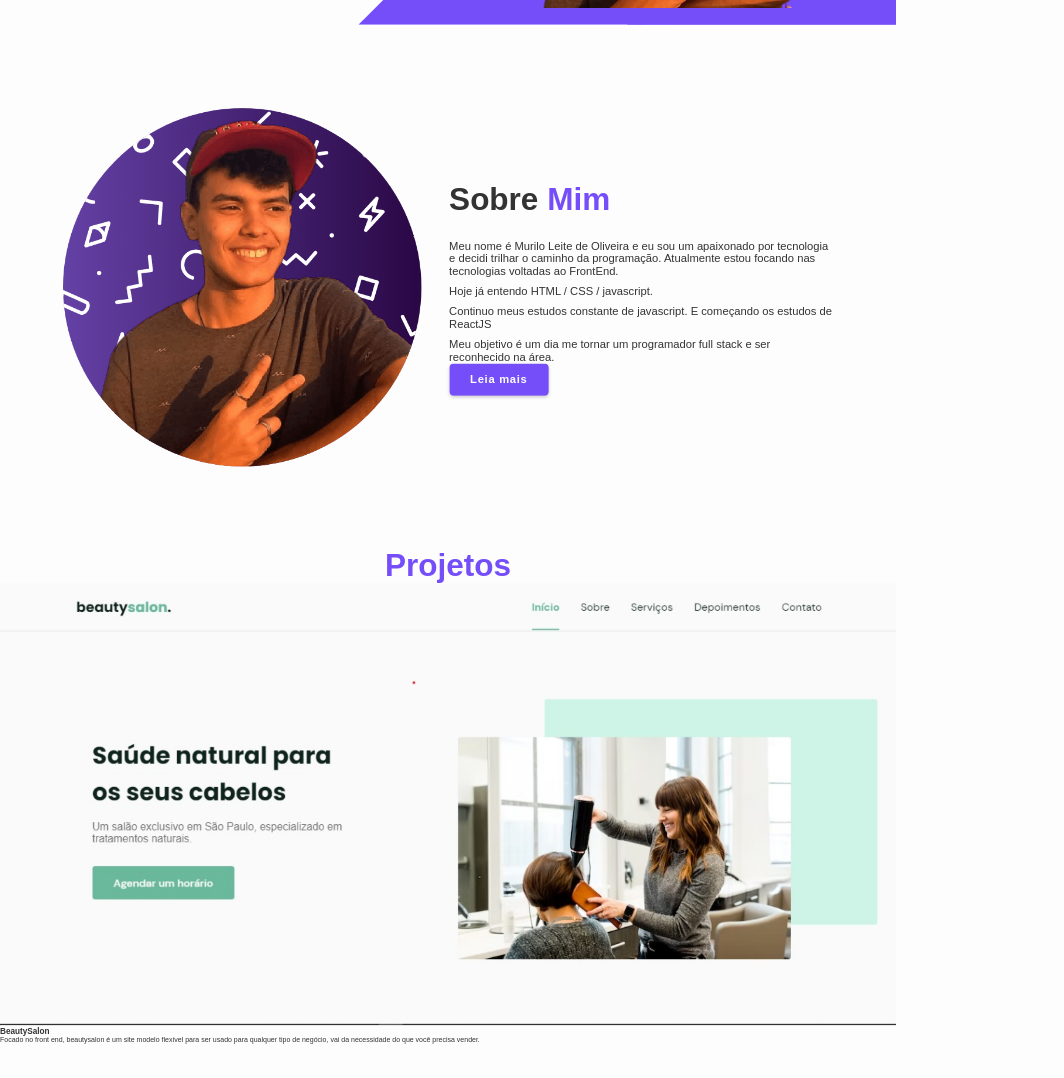
Repository: devMuriloOliveira/Portfolio-
Page: index.html
An editor plug-in stored every save of this project. The page is shown before and after the next save, followed by the edit.
The browser window is 1280 px wide. The page is 1280 px wide, then 1520 px, so the pictures cover 1520 px, including what lies to the right of the window. The pictures show the part of the page from y = 709 to 2349 px (the page is 2249 px tall before and 2349 px after), at 70% of full size.

Above is the page before, as saved 2023-03-12 17:31:53.

### index.html
<!DOCTYPE html>
<html lang="en">
  <head>
    <meta charset="UTF-8" />
    <meta http-equiv="X-UA-Compatible" content="IE=edge" />
    <meta name="viewport" content="width=device-width, initial-scale=1.0" />
    <title>Murilo Oliveira</title>

    <!--box icons-->
    <link
      href="https://unpkg.com/boxicons@2.1.4/css/boxicons.min.css"
      rel="stylesheet"
    />

    <!--font-->
    <link
      rel="stylesheet"
      href="https://fonts.googleapis.com/css2?family=Material+Symbols+Outlined:opsz,wght,FILL,GRAD@20..48,100..700,0..1,-50..200"
    />

    <!--css-->
    <link rel="stylesheet" href="style.css" />
  </head>
  <body>
    <header class="header">
      <a class="logo" href="#">Murilo<span>Oliveira</span>.</a>

      <nav class="navbar">
        <a href="#inicio" class="active">Início</a>
        <a href="#sobre">Sobre</a>
        <a href="#projetos">Projetos</a>
        <a href="#contato">Contato</a>
      </nav>

      <div class="bx bx bx-moon" id="darkMode-icon"></div>
    </header>

    <!------------inicio------------>

    <section class="inicio" id="inicio">
      <div class="inicio-content">
        <h3>Olá, Eu sou</h3>
        <h1>Murilo Oliveira</h1>
        <p>
          Lorem ipsum dolor sit amet consectetur adipisicing elit. Rerum tenetur
          maiores ex, hic harum et voluptatum voluptas enim, consectetur,
          explicabo nobis quae quaerat laborum ea fugit ratione debitis suscipit
          expedita?
        </p>

        <div class="social-media">
          <a href="#"><i class="bx bxl-instagram"></i></a>
          <a href="#"><i class="bx bxl-linkedin"></i></a>
          <a href="#"><i class="bx bxl-github"></i></a>
        </div>

        <a href="#" class="btn">Entrar em contato</a>
      </div>

      <div class="profession-container">
        <div class="profession-box">
          <div class="profession" style="--i: 0">
            <i class="bx bx-code-alt"></i>
            <h3>desenvolvedor web</h3>
          </div>
          <div class="profession" style="--i: 1">
            <i class="bx bx-code-alt"></i>
            <h3>desenvolvedor web</h3>
          </div>
          <div class="profession" style="--i: 2">
            <i class="bx bx-code-alt"></i>
            <h3>desenvolvedor web</h3>
          </div>
          <div class="profession" style="--i: 3">
            <i class="bx bx-code-alt"></i>
            <h3>desenvolvedor web</h3>
          </div>
          <div class="circle"></div>
        </div>

        <div class="overlay"></div>
      </div>

      <div class="inicio-img">
        <img src="assets/homem_sorrindo-removebg-preview.png" alt="" />
      </div>
    </section>

    <!------------sobre------------>

    <section class="sobre" id="sobre">
      <div class="sobre-img">
        <img src="/assets/profile-pic (4).png" alt="" />
      </div>

      <div class="sobre-content">
        <h2 class="heading">Sobre <span>Mim</span></h2>

        <p>
          Meu nome é Murilo Leite de Oliveira e eu sou um apaixonado por
          tecnologia e decidi trilhar o caminho da programação. Atualmente estou
          focando nas tecnologias voltadas ao FrontEnd.
        </p>
        <br />
        <p>Hoje já entendo HTML / CSS / javascript.</p>
        <br />
        <p>
          Continuo meus estudos constante de javascript. E começando os estudos
          de ReactJS
        </p>
        <br />
        <p>
          Meu objetivo é um dia me tornar um programador full stack e ser
          reconhecido na área.
        </p>

        <a href="#" class="btn">Leia mais</a>
      </div>
    </section>

    <!------------projetos------------>

    <section class="projetos" id="projetos">
      <h2 class="heading"><span>Projetos</span></h2>

      <div class="projetos-wrapper">
        <div class="projetos-box">
          <div class="projetos-content">
            <div class="projetos-slide">
              <img src="/assets/salon.jpg" alt="" />
              <h3>BeautySalon</h3>
              <p>
                Focado no front end, beautysalon é um site modelo flexível para
                ser usado para qualquer tipo de negócio, vai da necessidade do
                que você precisa vender.
              </p>
            </div>
          </div>
        </div>
      </div>
    </section>

    <script src="/main.js"></script>
  </body>
</html>

### style.css
*{
  margin: 0;
  padding: 0;
  box-sizing: border-box;
  text-decoration: none;
  border: none;
  outline: none;
  scroll-behavior: smooth;
  font-family: 'Poppins', sans-serif;
}

:root{
  --bg-color: #fdfdfd;
  --text-color: #333;
  --main-color: #754ef9;
  --white-color: #fdfdfd;
  --shadow-color: rgba(0, 0, 0, .2);
}

html{
  font-size: 62.5%;
  overflow-x: hidden;
}

body{
  background: var(--bg-color);
  color: var(--text-color);
}

.header{
  position: fixed;
  top: 0;
  left: 0;
  width: 100%;
  padding: 2rem 7%;
  background: transparent;
  display: flex;
  align-items: center;
  z-index: 100;
  transition: .5s;
}

.sticky{
  background: var(--bg-color);
  box-shadow: 0 .1rem 1rem var(--shadow-color);
}

.logo{
  font-size: 2.5rem;
  color: var(--main-color);
  font-weight: 600;
  cursor: default;
  margin-right: auto;
}

.navbar a{
  position: relative;
  font-size: 1.7rem;
  color: var(--white-color);
  font-weight: 500;
  margin-right: 3.5rem;
}

 .sticky .navbar a{
  color: var(--text-color);
}

 .sticky .navbar a.active{
  color: var(--main-color);
}


.navbar a.active::before{
  content: '';
  position: absolute;
  left: 0;
  bottom: -6px;
  width: 100%;
  height: .2rem;
  background: var(--white-color);
}

  .sticky .navbar a::before{
  background: var(--main-color);
  opacity: .7;
}


#darkMode-icon{
  font-size: 2.4rem;
  color: var(--white-color);
  cursor: pointer;
}

.sticky #darkMode-icon{
  color: var(--text-color);
  opacity: .9;
}

section{
  min-height: 100vh;
  padding: 10rem 7% 2rem;
}

.inicio{
  display: flex;
  align-items: center;
}

.inicio .inicio-content{
  max-width: 44rem;
}

.inicio-content h3{
  font-size: 3.2rem;
  font-weight: 700;
  line-height: .3;
}

.inicio-content h1{
  font-size: 5.6rem;
  font-weight: 700;
  margin-bottom: .3rem;
}

.inicio-content p{
  font-size: 1.6rem;
}

.inicio-content .social-media a{
  display: inline-flex;
  justify-content: center;
  align-items: center;
  width: 4rem;
  height: 4rem;
  background: transparent;
  border: .2rem solid var(--main-color);
  border-radius: 50%;
  box-shadow: 0 .2rem .5rem var(--shadow-color);
  font-size: 2rem;
  color: var(--main-color);
  margin: 2.5rem 1.5rem 3rem 0;
  transition: .5s ease;
}

.inicio-content .social-media a:hover{
  background: var(--main-color);
  color: var(--white-color);
}

.btn{
  display: inline-block;
  padding: 1.2rem 2.8rem;
  background: var(--main-color);
  border-radius: .6rem;
  box-shadow: 0 .2rem .5rem var(--shadow-color);
  font-size: 1.6rem;
  color: var(--white-color);
  letter-spacing: .1rem;
  font-weight: 600;
  border: .2rem solid transparent;
  transition: .5s ease;
}

.btn:hover{
  background: transparent;
  color: var(--main-color);
  border-color: var(--main-color);
}

.inicio .profession-container{
  position: absolute;
  top: 50%;
  right: 0;
  transform: translateY(-50%);
  width: 768px;
  height: 768px;

  overflow: hidden;
  pointer-events: none;
}

.inicio .profession-container .profession-box{
  position: absolute;
  top: 0;
  right: 0;
  width: 768px;
  height: 768px;
  border-radius: 50%;
  display: flex;
  justify-content: center;
  align-items: center;
}

.inicio .profession-box .profession{
  position: absolute;
  left: 0;
  display: flex;
  align-items: center;
  flex-direction: column;
  color: var(--main-color);
  transform: rotate(calc(360deg / 4 * var(--i)));
  transform-origin: 384px;
  background: var(--bg-color);
  padding: 13px 0;
}

.inicio .profession-box .profession:nth-child(1) i {
  margin-right: 15px;
}

.inicio .profession-box .profession:nth-child(2),
.inicio .profession-box .profession:nth-child(4) {
  padding-bottom: 20px;
}

.inicio .profession i{
  font-size: 3.8rem;
}

.inicio .profession h3{
  font-size: 3.2rem;
  line-height: 1;
  font-weight: 600;
}

.inicio .profession-box .circle{
  width: 560px;
  height: 560px;

  border: 3px solid var(--main-color);
  border-radius: 50%;
}

.inicio .profession-container .overlay{
  position: absolute;
  top: 0;
  right: 0;
  width: 0;
  height: 0;
  border-top: 384px solid var(--main-color);
  border-right: 384px solid var(--main-color);
  border-bottom: 384px solid var(--main-color);
  border-left: 384px solid transparent;

}

.inicio-img img{
  position: absolute;
  bottom: 0;
  right: 0;
  width: 50%;
  pointer-events: none;
}

span{
  color: var(--main-color);
}

.sobre{
  display: flex;
  justify-content: center;
  align-items: center;
  gap: 4rem;
}

.sobre-img img{
  width: 40vw;
}

.heading{
  font-size: 4.5rem;
  text-align: center;
}

.sobre-content h2{
  text-align: left;
  line-height: 1.2;
  margin-bottom: 3rem;
}

.sobre-content p{
  font-size: 1.6rem;

}

/*--------------------projetos-------------------*/

.projetos{
  display: flex;
  align-items: center;
  flex-direction: column;
  width: 100%;
  padding: 5rem 1rem;
}

.projetos .projetos-wrapper{

}

### main.js
window.addEventListener('scroll', function () {
  const header = document.querySelector('.header')
  header.classList.toggle('sticky', window.scrollY > 100)
})

/*window.onscroll = () => {
  let header = document.querySelector('.header')

  header.classList.toggle('sticky', window.scrollY > 100)
}*/

After the next save:
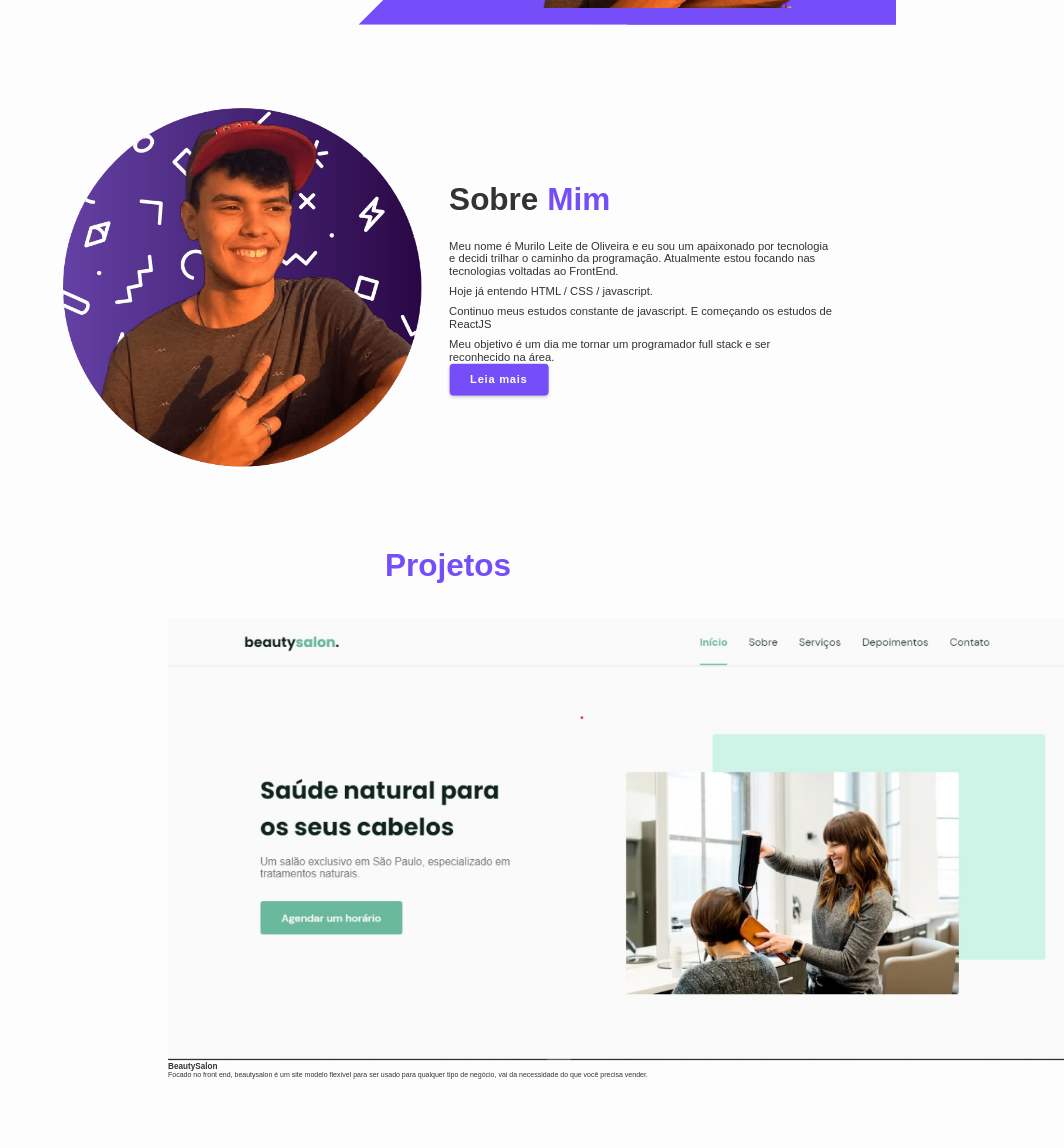
Saved 42 s later.
--- a/style.css
+++ b/style.css
@@ -295,5 +295,8 @@ span{
 }
 
 .projetos .projetos-wrapper{
-
-}
+  position: relative;
+  max-width: 90rem;
+  width: 100%;
+  padding: 5rem;
+}
